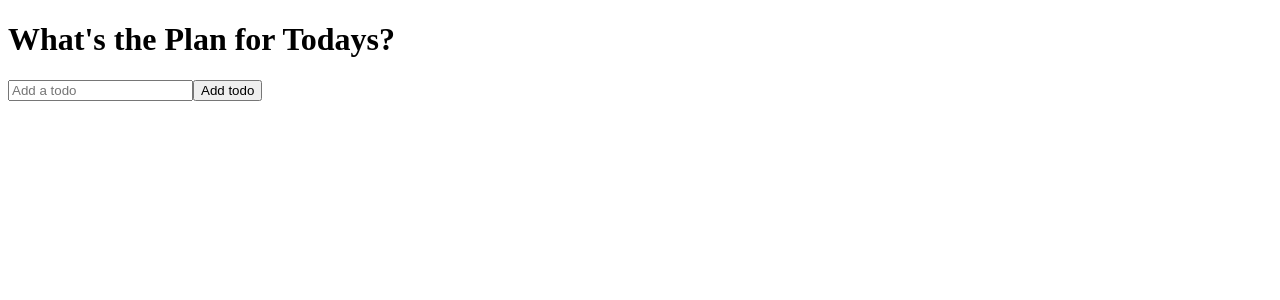
Repository: minhtien9/Todo-list
Page: /
The author's editor kept a copy of each file at every save. The page is drawn from the files as they stood at one save, then again after a run of saves.
The browser window is 1280 px wide. The pictures show the whole page.
The project was rebuilt for these pictures with package versions that can differ from the ones it lists, and the page was loaded fresh each time. Also part of the build but not shown: src/App.css, src/components/Todo.js.

Above is the page before, as saved 2021-12-31 16:46:46.

### src/App.js
import React from 'react'
import './App.css'
import TodoList from './components/TodoList'

function App() {
    return (
        <div className='todo-app'>
            <TodoList />
        </div>
    )
}

export default App

### src/components/TodoList.js
import React, { useState } from 'react'

import TodoForm from './TodoForm'
import Todo from './Todo'

const TodoList = () => {
    const [todos, setTodos] = useState([])

    const addTodo = (todo) => {
        if (!todo.text || /^\s*$/.test(todo.text)) {
            return
        }
        const newTodos = [todo, ...todos]
        setTodos(newTodos)
    }

    const updateTodo = (todoId, newValue) => {
        if (!newValue.text || /^\s*$/.test(newValue.text)) {
            return
        }

        setTodos((prev) =>
            prev.map((item) => (item.id === todoId ? newValue : item))
        )
    }

    const removeTodo = (id) => {
        const removeArr = [...todos].filter((todo) => todo.id !== id)

        setTodos(removeArr)
    }

    const completeTodo = (id) => {
        let updatedTodos = todos.map((todo) => {
            if (todo.id === id) {
                todo.isComplete = !todo.isComplete
            }
            return todo
        })
        setTodos(updatedTodos)
    }

    return (
        <div>
            <h1>What's the Plan for Todays?</h1>
            <TodoForm onSubmit={addTodo} />
            <Todo
                todos={todos}
                complete={completeTodo}
                removeTodo={removeTodo}
                updateTodo={updateTodo}
            />
        </div>
    )
}

export default TodoList

### src/components/TodoForm.js
import React, { useState, useRef, useEffect } from 'react'

function TodoForm(props) {
    const [input, setInput] = useState('')
    const inputRef = useRef(null)
    useEffect(() => {})

    const handlerChange = (event) => {
        setInput(event.target.value)
    }

    const handlerSubmit = (event) => {
        event.preventDefault()

        props.onSubmit({
            id: Math.floor(Math.random() * 10000),
            text: input,
        })

        setInput('')
    }
    return (
        <form className='todo-form' onSubmit={handlerSubmit}>
            <input
                type='text'
                placeholder='Add a todo'
                value={input}
                name='text'
                className='todo-input'
                onChange={handlerChange}
            />
            <button className='todo-button'>Add todo</button>
        </form>
    )
}

export default TodoForm

Loaded but not shown: public/index.html (common file); src/index.js (common file)

After the next 2 saves:
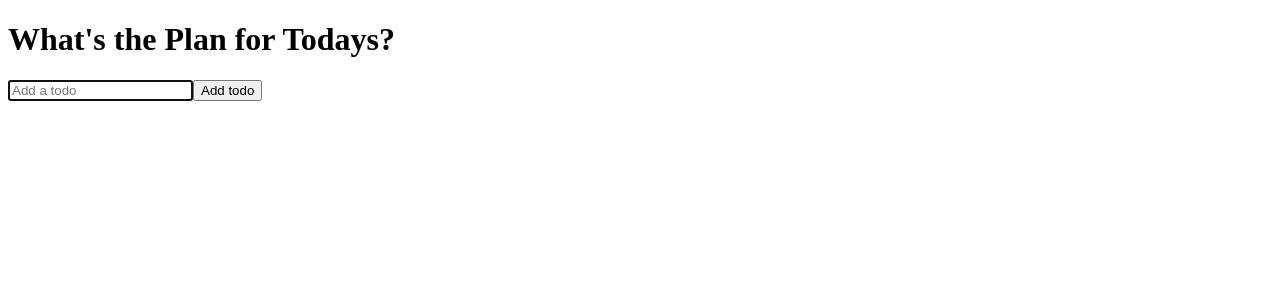
The 2 saves are shown as one change because 1 did not build or start.
The last was saved 39 s later.
--- a/src/components/TodoForm.js
+++ b/src/components/TodoForm.js
@@ -3,7 +3,9 @@ import React, { useState, useRef, useEffect } from 'react'
 function TodoForm(props) {
     const [input, setInput] = useState('')
     const inputRef = useRef(null)
-    useEffect(() => {})
+    useEffect(() => {
+        inputRef.current.focus()
+    })
 
     const handlerChange = (event) => {
         setInput(event.target.value)
@@ -28,6 +30,7 @@ function TodoForm(props) {
                 name='text'
                 className='todo-input'
                 onChange={handlerChange}
+                ref={inputRef}
             />
             <button className='todo-button'>Add todo</button>
         </form>
